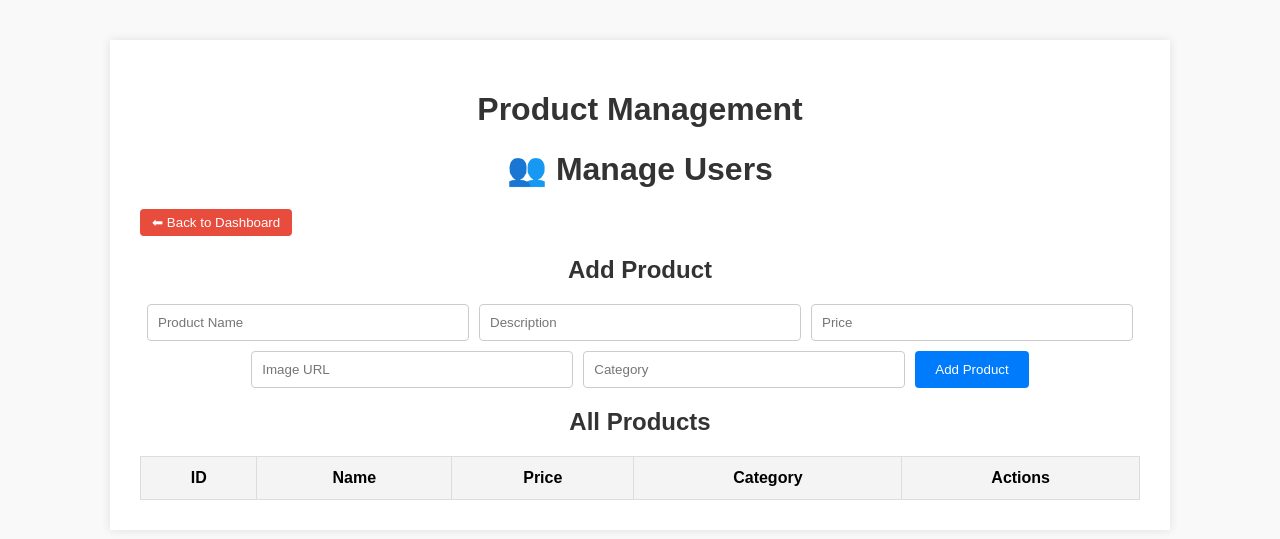
Repository: Pushc/Ecommerce
Page: frontend/admin/products.html
These files come from the project's save history. The page is drawn as it stood at one moment and after the next save; the edit follows.
The browser window is 1280 px wide. The pictures show the whole page.
The page's requests for data from a server got no answer.

Above is the page before, as saved 2025-05-14 22:23:00.

After the next save:
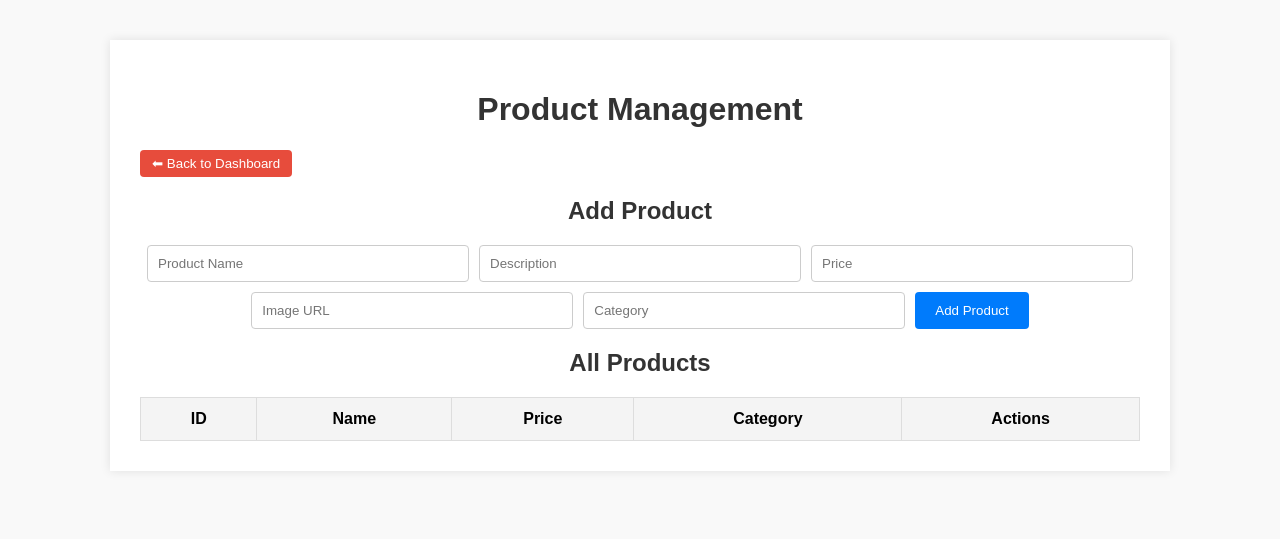
Saved 50 s later.
--- a/frontend/admin/products.html
+++ b/frontend/admin/products.html
@@ -9,7 +9,7 @@
 <body>
   <div class="container">
     <h1>Product Management</h1>
-      <h1>👥 Manage Users</h1>
+
       <button onclick="window.location.href='admin.html'">⬅ Back to Dashboard</button>
 
     <section class="form-section">
